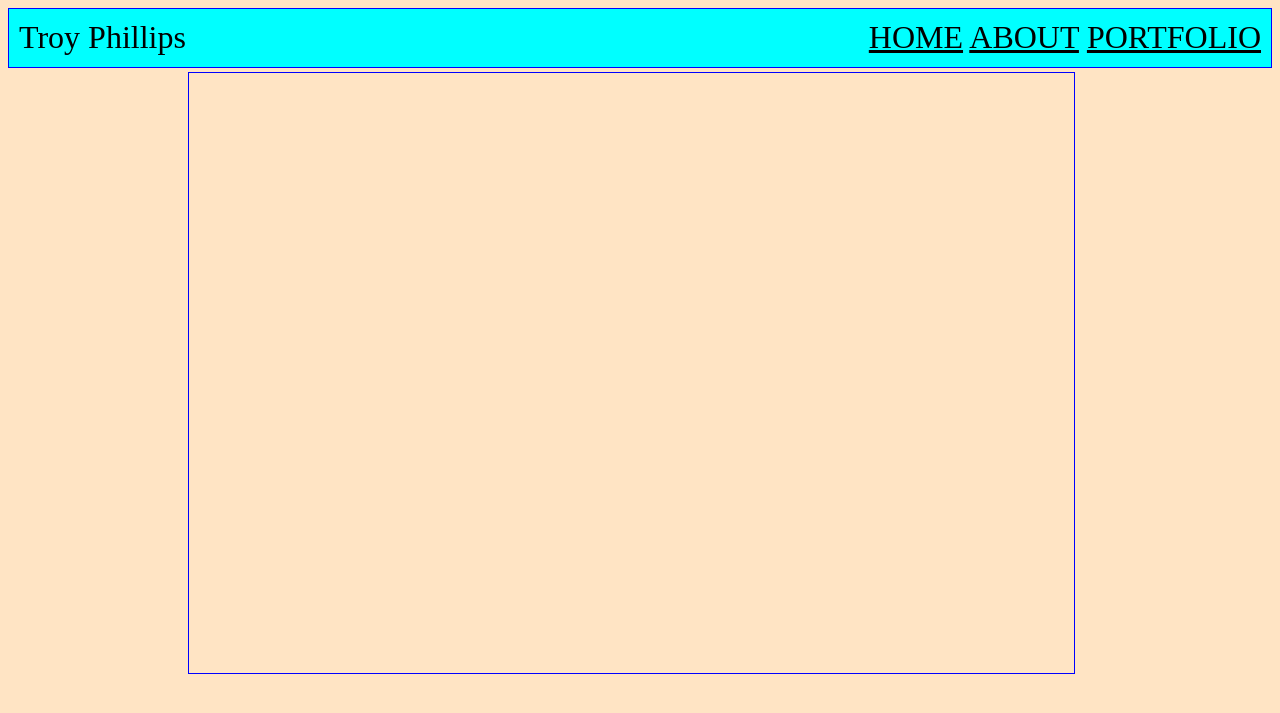
Repository: TheTroyPhillips/Personal-website
Page: portfolio.html
These files come from the project's save history. The page is drawn as it stood at one moment and after a run of saves; the edit follows.
The browser window is 1280 px wide. The pictures show the whole page.

Above is the page before, as saved 2023-09-10 22:30:50.

After the next 2 saves:
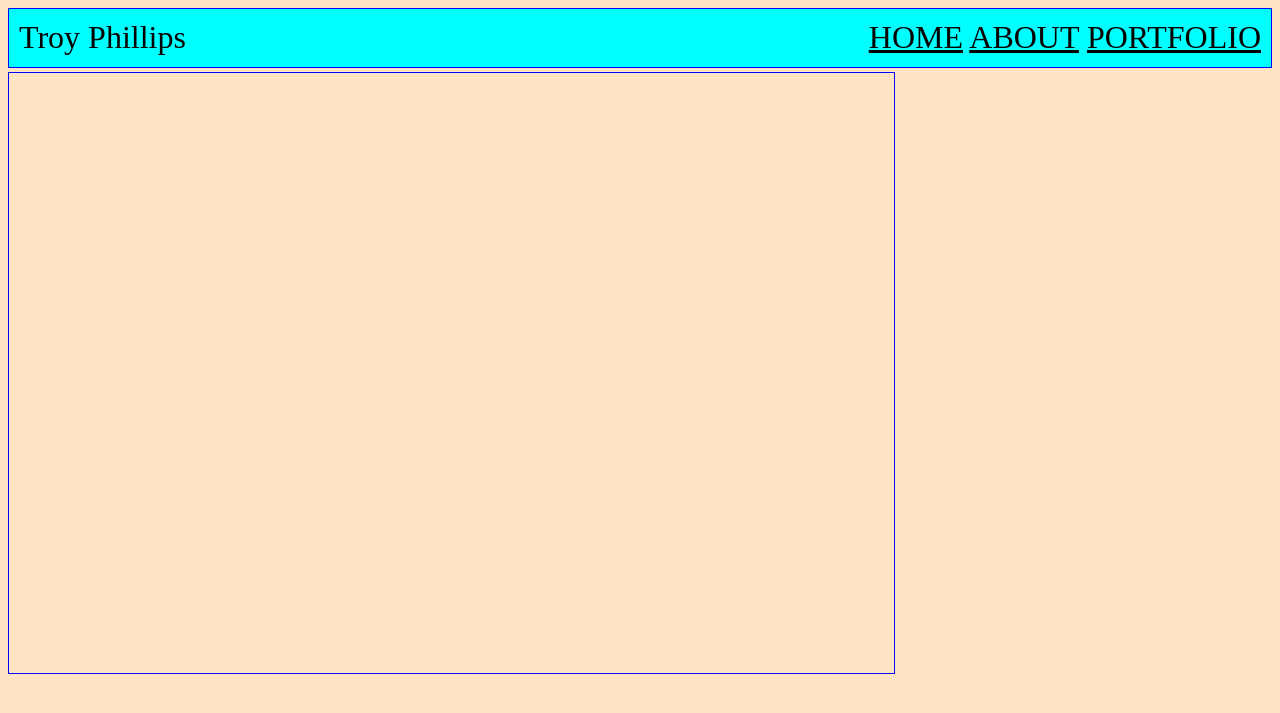
The 2 saves are shown as one change because they came seconds apart.
The last was saved 45 s later.
--- a/style.css
+++ b/style.css
@@ -51,5 +51,5 @@ h2{
     width: 70%;
     height: 600px;
     border: 1px solid blue;
-    margin-left: 180px;
+    margin-left: 50
 }
